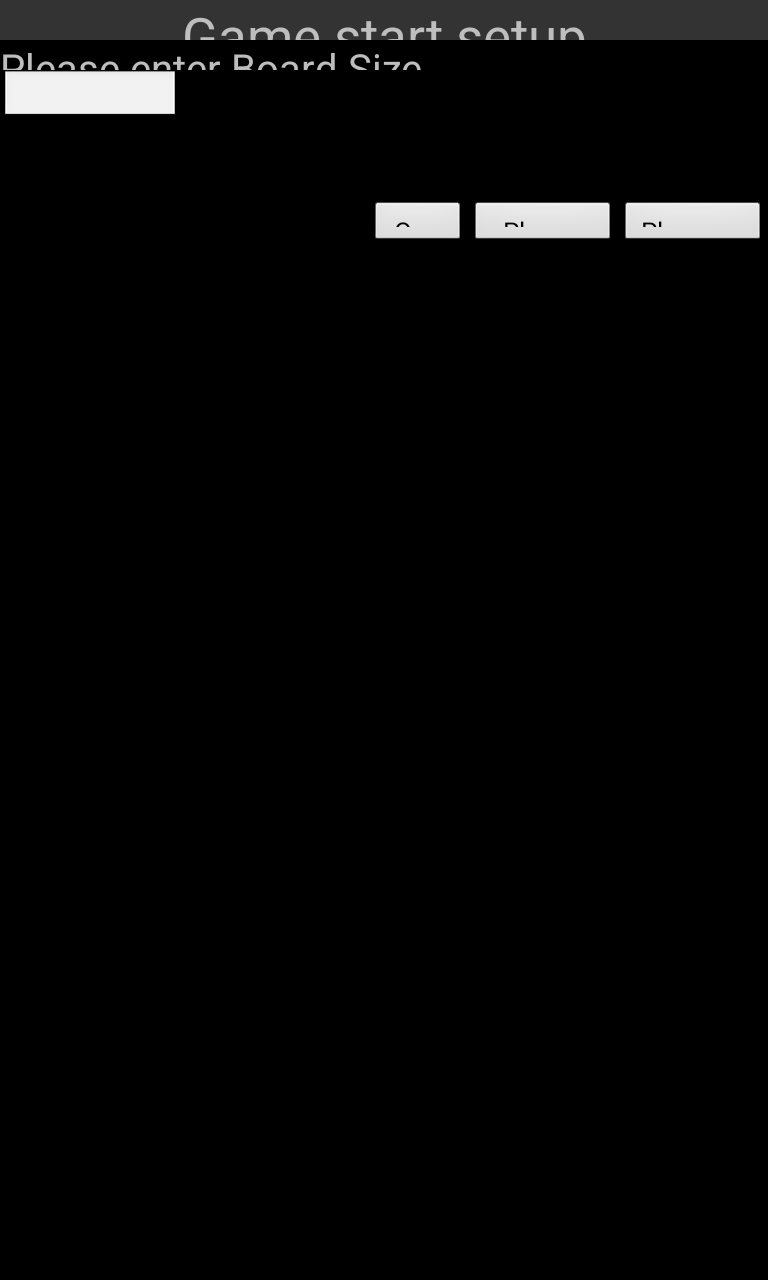
Repository: gulingithub/WeiChi
Layout: GoAndroid/res/layout/welcome.xml
The author's editor kept a copy of each file at every save. The layout is drawn from the files as they stood at one save, then again after the next save.
It is drawn on a 768 x 1280 px phone screen (xhdpi) without system bars, with theme android:Theme; the app's code is not run.

Above is the layout before, as saved 2009-12-16 19:09:22.

### GoAndroid/res/layout/welcome.xml
<?xml version="1.0" encoding="utf-8"?>
<RelativeLayout
android:id="@+id/widget28"
android:layout_width="fill_parent"
android:layout_height="fill_parent"
xmlns:android="http://schemas.android.com/apk/res/android"
>

<LinearLayout
android:id="@+id/linearlayout"
android:layout_width="fill_parent"
android:layout_height="200px"

android:orientation="vertical"
android:layout_alignParentTop="true"
android:layout_alignParentLeft="true"
>
<TextView
android:id="@+id/textview"
android:layout_width="fill_parent"
android:background="#ff333333"
android:text="Game start setup"
android:textSize="12pt"
android:gravity="center"
android:layout_gravity="center_vertical"
android:layout_height="40px">
</TextView>
<TextView
android:id="@+id/board"
android:layout_width="fill_parent"
android:layout_height="30px"
android:text="Please enter Board Size"
android:textSize="9pt"

android:gravity="left"
>
</TextView>
<EditText
android:id="@+id/boardsize"
android:layout_width="180px"
android:layout_height="50px"
android:textSize="18sp"
>
</EditText>
</LinearLayout>
<Button
android:id="@+id/computer"
android:layout_width="150px"
android:layout_height="50px"
android:text="Player vs Computer"
android:textSize="13sp"
android:layout_below="@+id/linearlayout"
android:layout_alignRight="@+id/linearlayout"
>
</Button>
<Button
android:id="@+id/player"
android:layout_width="150px"
android:layout_height="50px"
android:text="Play vs Player"
android:textSize="13sp"
android:gravity="center"
android:layout_below="@+id/linearlayout"
android:layout_toLeftOf="@+id/computer"



>
</Button>

<Button
android:id="@+id/oneplayer"
android:layout_width="100px"
android:layout_height="50px"
android:text="One Player"
android:textSize="13sp"
android:gravity="center"
android:layout_below="@+id/linearlayout"
android:layout_toLeftOf="@+id/player"

>
</Button>

</RelativeLayout>

After the next save:
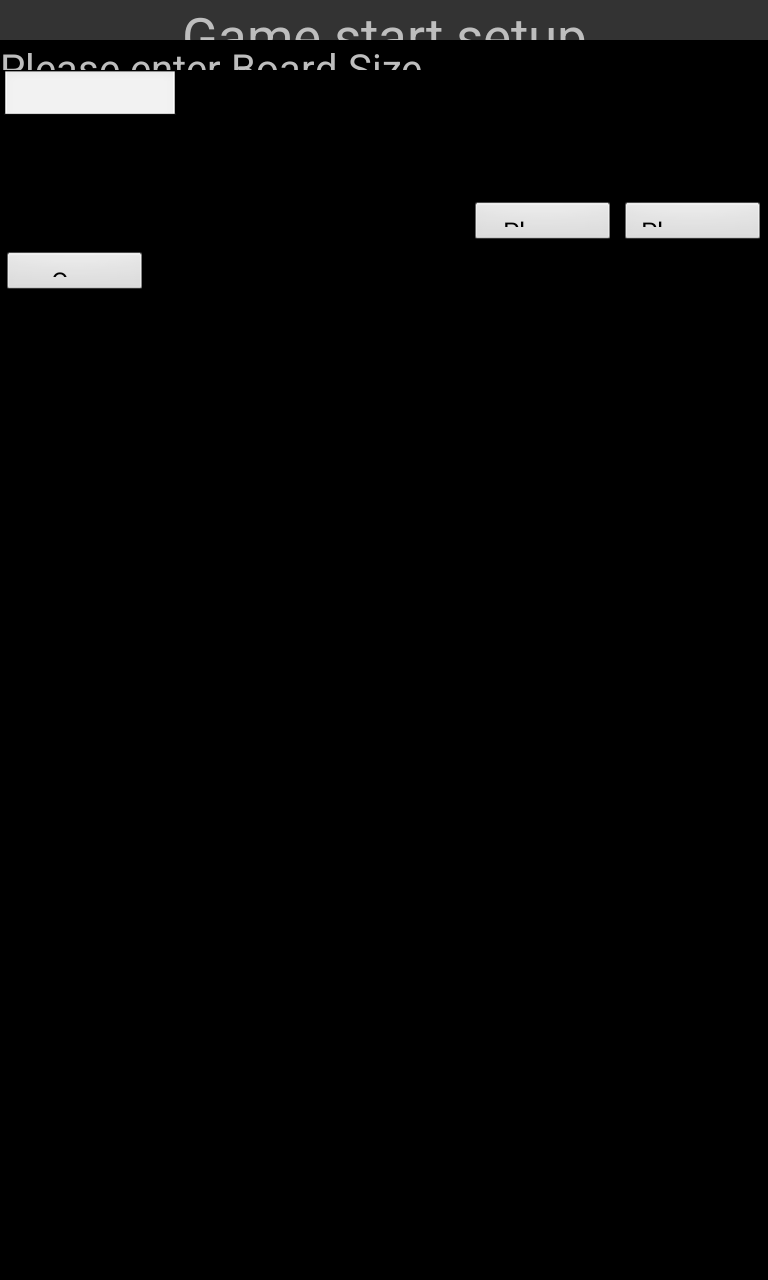
Saved 39 s later.
--- a/GoAndroid/res/layout/welcome.xml
+++ b/GoAndroid/res/layout/welcome.xml
@@ -70,13 +70,13 @@ android:layout_toLeftOf="@+id/computer"
 
 <Button
 android:id="@+id/oneplayer"
-android:layout_width="100px"
+android:layout_width="150px"
 android:layout_height="50px"
 android:text="One Player"
 android:textSize="13sp"
 android:gravity="center"
 android:layout_below="@+id/linearlayout"
-android:layout_toLeftOf="@+id/player"
+android:layout_below="@+id/player"
 
 >
 </Button>
